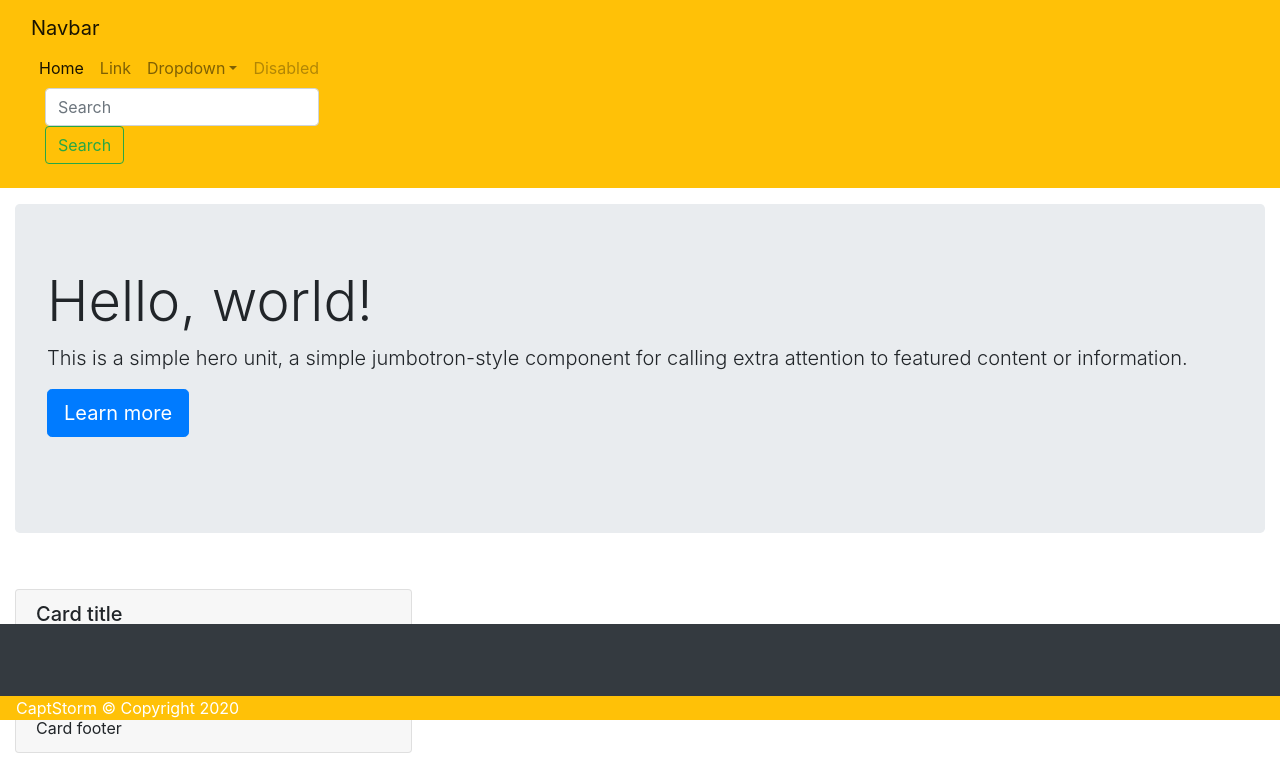
Repository: CaptainStorm21/complete-react16-bootstrap-passing-props
Page: /
These files come from the project's save history. The page is drawn as it stood at one moment and after a run of saves; the edit follows.
The browser window is 1280 px wide. The pictures show the whole page.
The project was rebuilt for these pictures with package versions that can differ from the ones it lists, and the page was loaded fresh each time.

Above is the page before, as saved 2020-04-23 14:31:20.

After the next 4 saves:
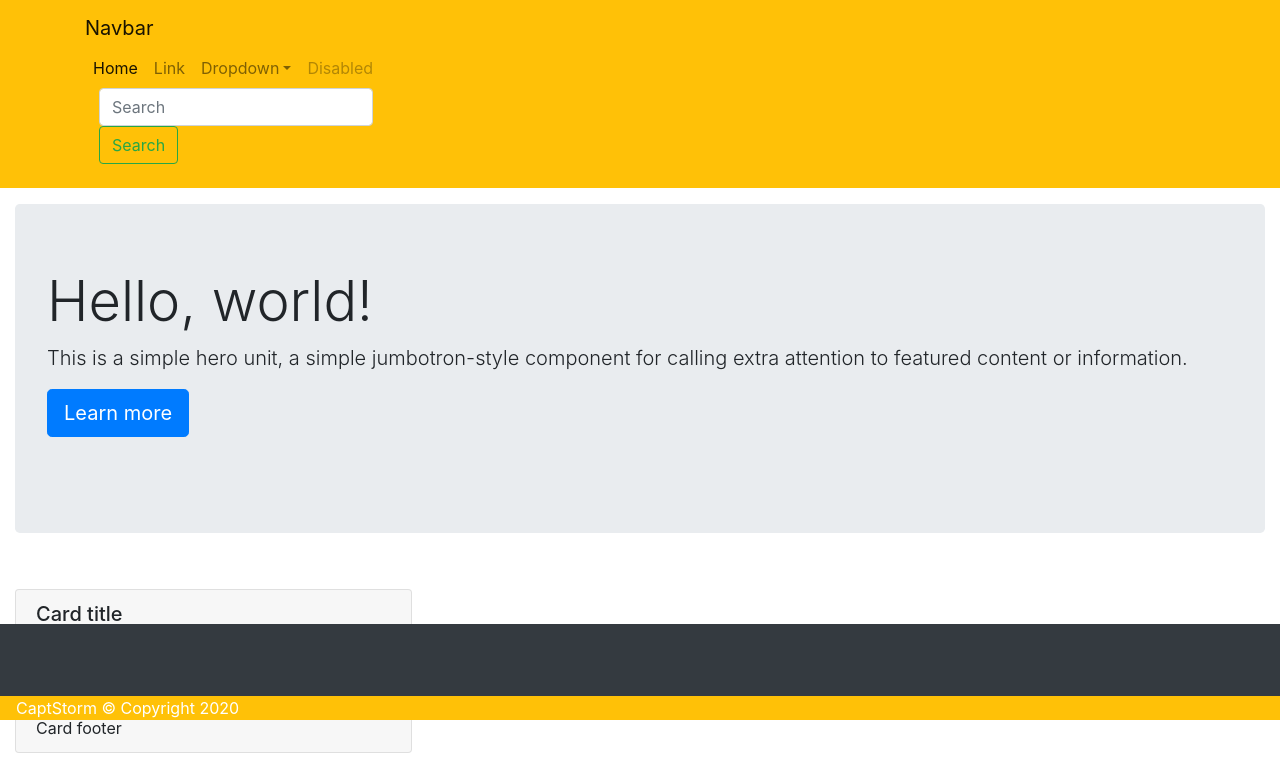
The 4 saves are shown as one change because 2 did not build or start and some came seconds apart.
The last was saved 94 s later.
--- a/src/components/layout/Navbar.js
+++ b/src/components/layout/Navbar.js
@@ -3,7 +3,8 @@ import "./Nav.css";
 
 function Navbar() {
   return (
-    <>
+<div className="container">
+  <div class="row">
               <div className = "col-9">
    <a className="navbar-brand" href="/">Navbar</a>
         <button className="navbar-toggler" type="button" data-toggle="collapse" data-target="#navbarSupportedContent" aria-controls="navbarSupportedContent" aria-expanded="false" aria-label="Toggle navigation">
@@ -41,7 +42,7 @@ function Navbar() {
             <button className="btn btn-outline-success" type="submit">Search</button>
           </form></div>
         </div></div>
-  </>
+  </div> </div>
 )
 }
 
